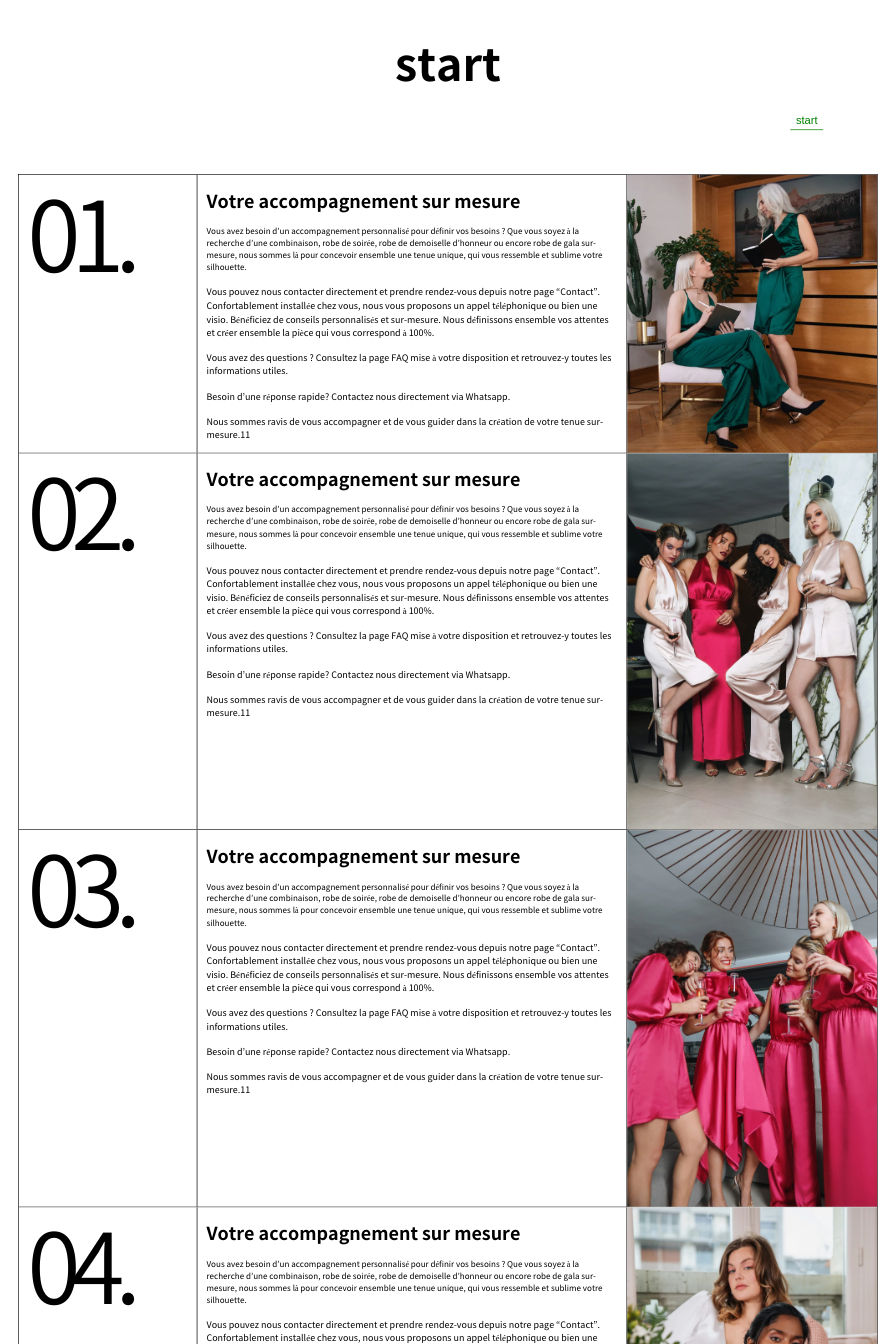
Repository: lwygold/motion
Page: layout/위로 하나씩 붙는 그리드.html
The author's editor kept a copy of each file at every save. The page is drawn from the files as they stood at one save, then again after the next save.
The browser window is 1280 px wide. The pictures show the part of the page from y = 727 to 2647 px (the page is 6794 px tall), at 70% of full size.

Above is the page before, as saved 2023-03-28 10:42:09.

### layout/위로 하나씩 붙는 그리드.html
<!DOCTYPE html>
<html lang="ko">

<head>
    <meta http-equiv="Content-Type" content="text/html;charset=utf-8" />
    <meta name="viewport" content="width=device-width, user-scalable=no, target-densitydpi=medium-dpi" />
    <meta name="apple-mobile-web-app-capable" content="yes" />
    <meta name="format-detection" content="telephone=no" />
    <meta http-equiv="X-UA-Compatible" content="IE=edge" />
    <meta http-equiv="x-rim-auto-match" content="none" />
    <link rel="shortcut icon" href="./images/favicon.ico" />
    <link rel="stylesheet" type="text/css" href="../assets/css/slick.css" />
    <link rel="stylesheet" type="text/css" href="../assets/css/common.css" />
    <!-- <link rel="stylesheet" type="text/css" href="../assets/css/main.css" />
    <link rel="stylesheet" type="text/css" href="../assets/css/sub.css" /> -->
    <title>테스트</title>
    <script src="../assets/js/jquery-3.3.1.min.js"></script>
    <script src="../assets/js/jquery-ui.min.js"></script>
    <script src="../assets/js/slick.min.js"></script>
    <script src="../assets/js/gsap.js"></script>
    <script src="../assets/js/gsap_scroll_trigger.js"></script>
    <script src="../assets/js/green.js"></script>
    <script src="../assets/js/common.js"></script>
    <script src="../assets/js/main.js"></script>
    <script src="../assets/js/sub.js"></script>
</head>

<style>
    section {
        max-width: 100%;
        padding: 0 2%;
        box-sizing: border-box;
    }

    section.top {
        width: 100vw;
        height: 100vh;
        background: red;
    }

    section.bottom {
        width: 100vw;
        height: 100vh;
        background: blue;
    }

    h2 {
        font-size: 5vw;
        text-align: center;
        margin: 5vw 0;
    }

    .grid__wrap {
        padding: 5vw 0;
    }

    .grid {
        border: 1px solid #000;
        box-sizing: border-box;
    }

    .grid__li1 {
        border-bottom: 1px solid #000;
        display: grid;
        grid-template-columns: repeat(24, minmax(0, 1fr));
        grid-template-rows: min-content minmax(0, 1fr);
        background: #fff;
    }

    .grid__li1>div:first-child {
        border-right: 1px solid #000;
        grid-column-start: 1;
        grid-column-end: 6;
        box-sizing: border-box;
        padding: 1vw;
    }

    .grid__li1>div:nth-child(2) {
        border-right: 1px solid #000;
        grid-column-start: 6;
        grid-column-end: 18;
        box-sizing: border-box;
    }

    .grid__li1>div:nth-child(3) {
        grid-column-start: 18;
        grid-column-end: 25;
    }

    .grid__li1>div:first-child span {
        font-size: 3.3vw;
        font-weight: 300;
        transform: scale(3.3);
        transform-origin: top left;
        display: inline-block;
        letter-spacing: -0.1em;
    }

    .grid__li1>div:nth-child(2) h3 {
        font-size: 2vw;
        line-height: 1.5;
        color: #000;
        padding: 1.3vw 1vw;
    }

    .grid__li1>div:nth-child(2)>p {
        font-size: 0.9vw;
        color: #000;
        margin-bottom: 1.3vw;
        line-height: 1.5;
        padding: 0 1vw;
    }

    .grid__li1>div:nth-child(2)>div>p {
        font-size: 1vw;
        line-height: 1.5;
        color: #000;
        margin-bottom: 1.3vw;
        padding: 0 1vw;
    }

    .grid__li1>div:nth-child(3) img {
        width: 100%;
        height: 100%;
        object-fit: cover;
    }
</style>

<body>

    <section class="top"></section>
    <section class="start">

        <div>
            <h2>start</h2>
            <div class="grid__wrap">
                <ul class="grid">
                    <li class="grid__li1">
                        <div>
                            <span>01.</span>
                        </div>
                        <div>
                            <h3>
                                Votre accompagnement sur mesure
                            </h3>
                            <p>
                                Vous avez besoin d’un accompagnement personnalisé pour définir vos besoins ?
                                Que vous soyez à la recherche d’une combinaison, robe de soirée, robe de demoiselle
                                d’honneur ou encore robe de gala sur-mesure, nous sommes là pour concevoir ensemble une
                                tenue unique, qui vous ressemble et sublime votre silhouette.
                            </p>
                            <div>
                                <p>Vous pouvez nous contacter directement et prendre rendez-vous depuis notre page
                                    “Contact”. Confortablement installée chez vous, nous vous proposons un appel
                                    téléphonique ou bien une visio. Bénéficiez de conseils personnalisés et sur-mesure.
                                    Nous définissons ensemble vos attentes et créer ensemble la pièce qui vous
                                    correspond à 100%.</p>
                                <p>Vous avez des questions ? Consultez la page FAQ mise à votre disposition et
                                    retrouvez-y toutes les informations utiles.</p>
                                <p>Besoin d’une réponse rapide? Contactez nous directement via Whatsapp.</p>
                                <p> Nous sommes ravis de vous accompagner et de vous guider dans la création de votre
                                    tenue sur-mesure.11</p>
                            </div>
                        </div>
                        <div>
                            <img src="./images/11.png" alt="">
                        </div>
                    </li>
                    <li class="grid__li1">
                        <div>
                            <span>02.</span>
                        </div>
                        <div>
                            <h3>
                                Votre accompagnement sur mesure
                            </h3>
                            <p>
                                Vous avez besoin d’un accompagnement personnalisé pour définir vos besoins ?
                                Que vous soyez à la recherche d’une combinaison, robe de soirée, robe de demoiselle
                                d’honneur ou encore robe de gala sur-mesure, nous sommes là pour concevoir ensemble une
                                tenue unique, qui vous ressemble et sublime votre silhouette.
                            </p>
                            <div>
                                <p>Vous pouvez nous contacter directement et prendre rendez-vous depuis notre page
                                    “Contact”. Confortablement installée chez vous, nous vous proposons un appel
                                    téléphonique ou bien une visio. Bénéficiez de conseils personnalisés et sur-mesure.
                                    Nous définissons ensemble vos attentes et créer ensemble la pièce qui vous
                                    correspond à 100%.</p>
                                <p>Vous avez des questions ? Consultez la page FAQ mise à votre disposition et
                                    retrouvez-y toutes les informations utiles.</p>
                                <p>Besoin d’une réponse rapide? Contactez nous directement via Whatsapp.</p>
                                <p> Nous sommes ravis de vous accompagner et de vous guider dans la création de votre
                                    tenue sur-mesure.11</p>
                            </div>
                        </div>
                        <div>
                            <img src="./images/22.png" alt="">
                        </div>
                    </li>
                    <li class="grid__li1">
                        <div>
                            <span>03.</span>
                        </div>
                        <div>
                            <h3>
                                Votre accompagnement sur mesure
                            </h3>
                            <p>
                                Vous avez besoin d’un accompagnement personnalisé pour définir vos besoins ?
                                Que vous soyez à la recherche d’une combinaison, robe de soirée, robe de demoiselle
                                d’honneur ou encore robe de gala sur-mesure, nous sommes là pour concevoir ensemble une
                                tenue unique, qui vous ressemble et sublime votre silhouette.
                            </p>
                            <div>
                                <p>Vous pouvez nous contacter directement et prendre rendez-vous depuis notre page
                                    “Contact”. Confortablement installée chez vous, nous vous proposons un appel
                                    téléphonique ou bien une visio. Bénéficiez de conseils personnalisés et sur-mesure.
                                    Nous définissons ensemble vos attentes et créer ensemble la pièce qui vous
                                    correspond à 100%.</p>
                                <p>Vous avez des questions ? Consultez la page FAQ mise à votre disposition et
                                    retrouvez-y toutes les informations utiles.</p>
                                <p>Besoin d’une réponse rapide? Contactez nous directement via Whatsapp.</p>
                                <p> Nous sommes ravis de vous accompagner et de vous guider dans la création de votre
                                    tenue sur-mesure.11</p>
                            </div>
                        </div>
                        <div>
                            <img src="./images/33.png" alt="">
                        </div>
                    </li>
                    <li class="grid__li1">
                        <div>
                            <span>04.</span>
                        </div>
                        <div>
                            <h3>
                                Votre accompagnement sur mesure
                            </h3>
                            <p>
                                Vous avez besoin d’un accompagnement personnalisé pour définir vos besoins ?
                                Que vous soyez à la recherche d’une combinaison, robe de soirée, robe de demoiselle
                                d’honneur ou encore robe de gala sur-mesure, nous sommes là pour concevoir ensemble une
                                tenue unique, qui vous ressemble et sublime votre silhouette.
                            </p>
                            <div>
                                <p>Vous pouvez nous contacter directement et prendre rendez-vous depuis notre page
                                    “Contact”. Confortablement installée chez vous, nous vous proposons un appel
                                    téléphonique ou bien une visio. Bénéficiez de conseils personnalisés et sur-mesure.
                                    Nous définissons ensemble vos attentes et créer ensemble la pièce qui vous
                                    correspond à 100%.</p>
                                <p>Vous avez des questions ? Consultez la page FAQ mise à votre disposition et
                                    retrouvez-y toutes les informations utiles.</p>
                                <p>Besoin d’une réponse rapide? Contactez nous directement via Whatsapp.</p>
                                <p> Nous sommes ravis de vous accompagner et de vous guider dans la création de votre
                                    tenue sur-mesure.11</p>
                            </div>
                        </div>
                        <div>
                            <img src="./images/44.png" alt="">
                        </div>
                    </li>
                    <li class="grid__li1">
                        <div>
                            <span>05.</span>
                        </div>
                        <div>
                            <h3>
                                Votre accompagnement sur mesure
                            </h3>
                            <p>
                                Vous avez besoin d’un accompagnement personnalisé pour définir vos besoins ?
                                Que vous soyez à la recherche d’une combinaison, robe de soirée, robe de demoiselle
                                d’honneur ou encore robe de gala sur-mesure, nous sommes là pour concevoir ensemble une
                                tenue unique, qui vous ressemble et sublime votre silhouette.
                            </p>
                            <div>
                                <p>Vous pouvez nous contacter directement et prendre rendez-vous depuis notre page
                                    “Contact”. Confortablement installée chez vous, nous vous proposons un appel
                                    téléphonique ou bien une visio. Bénéficiez de conseils personnalisés et sur-mesure.
                                    Nous définissons ensemble vos attentes et créer ensemble la pièce qui vous
                                    correspond à 100%.</p>
                                <p>Vous avez des questions ? Consultez la page FAQ mise à votre disposition et
                                    retrouvez-y toutes les informations utiles.</p>
                                <p>Besoin d’une réponse rapide? Contactez nous directement via Whatsapp.</p>
                                <p> Nous sommes ravis de vous accompagner et de vous guider dans la création de votre
                                    tenue sur-mesure.11</p>
                            </div>
                        </div>
                        <div>
                            <img src="./images/55.png" alt="">
                        </div>
                    </li>
                </ul>
            </div>
        </div>

    </section>
    <section class="bottom"></section>





    <script>

        $(function () {

            gsap.registerPlugin(ScrollTrigger);

            const h1 = $('.grid__li1>div:nth-child(2) h3').outerHeight();
            const panels = gsap.utils.toArray(".grid__li1");
            let panels_cnt = $('.grid__li1').length;
            const h2 = $('.grid__li1').outerHeight();
            const t1 = gsap.timeline({
                scrollTrigger: {
                    trigger: '.grid__wrap',
                    start: "top top",
                    // end: "+="+img*10,
                    pin: true,
                    scrub: true,
                    markers: true,
                }
            });



            panels.forEach((panel, i, p) => {
                if(i!=0){
                    t1.to(p[i],{
                        y: -(h2*i)-(h1*i),
                    });
                }

            });









        });

    </script>
</body>

</html>

Loaded but not shown: assets/css/slick.css (common file); assets/js/jquery-3.3.1.min.js (library); assets/js/jquery-ui.min.js (library); assets/js/slick.min.js (library); assets/js/gsap.js (library); assets/js/gsap_scroll_trigger.js (library); assets/js/green.js (187 lines, source omitted); assets/js/main.js (17 lines, source omitted); assets/js/common.js (7 lines, source omitted); assets/js/sub.js (3 lines, source omitted); assets/css/common.css (619 lines, source omitted)

After the next save:
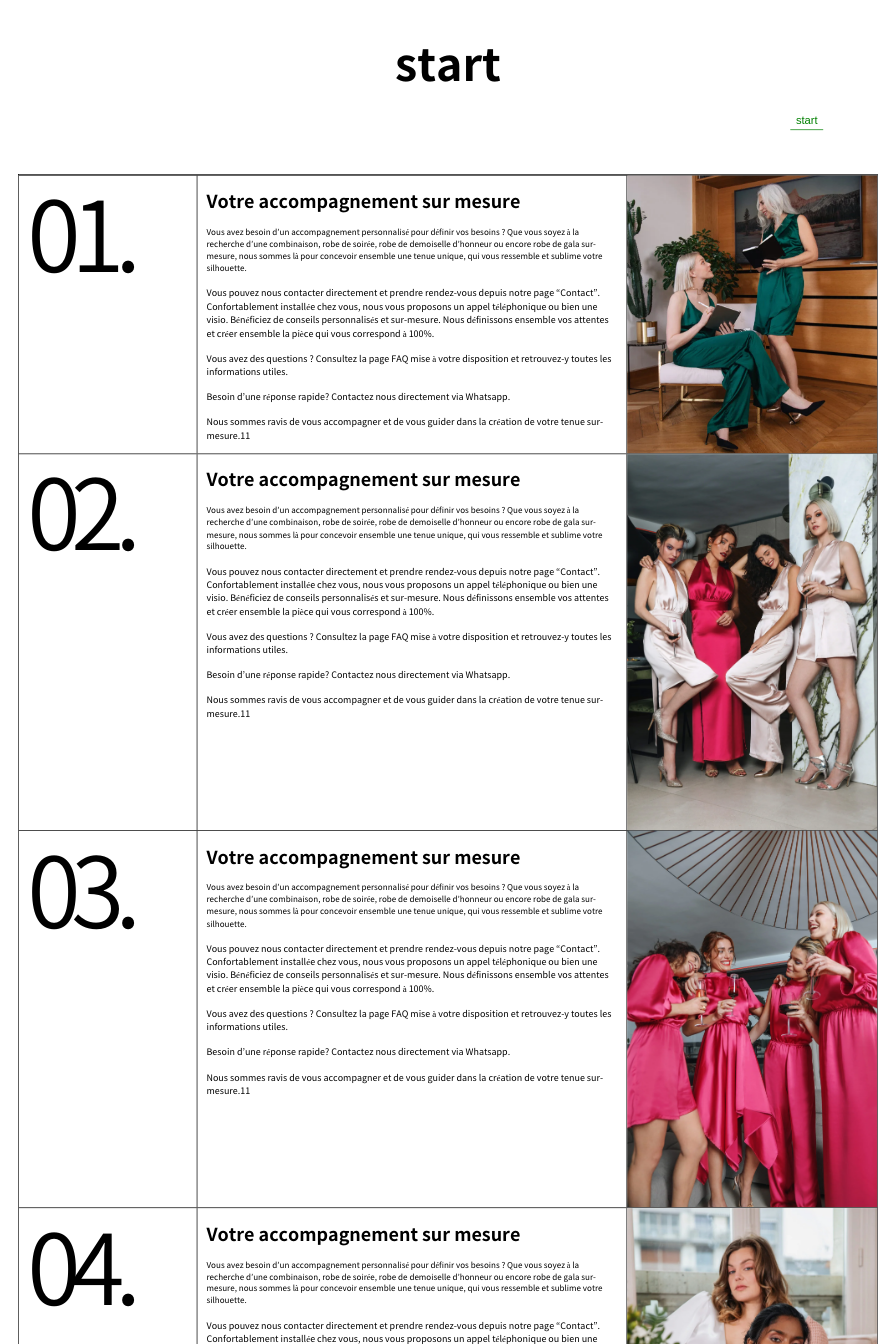
Saved 23 s later.
--- a/layout/위로 하나씩 붙는 그리드.html
+++ b/layout/위로 하나씩 붙는 그리드.html
@@ -60,7 +60,7 @@
     }
 
     .grid__li1 {
-        border-bottom: 1px solid #000;
+        border-top: 1px solid #000;
         display: grid;
         grid-template-columns: repeat(24, minmax(0, 1fr));
         grid-template-rows: min-content minmax(0, 1fr);
